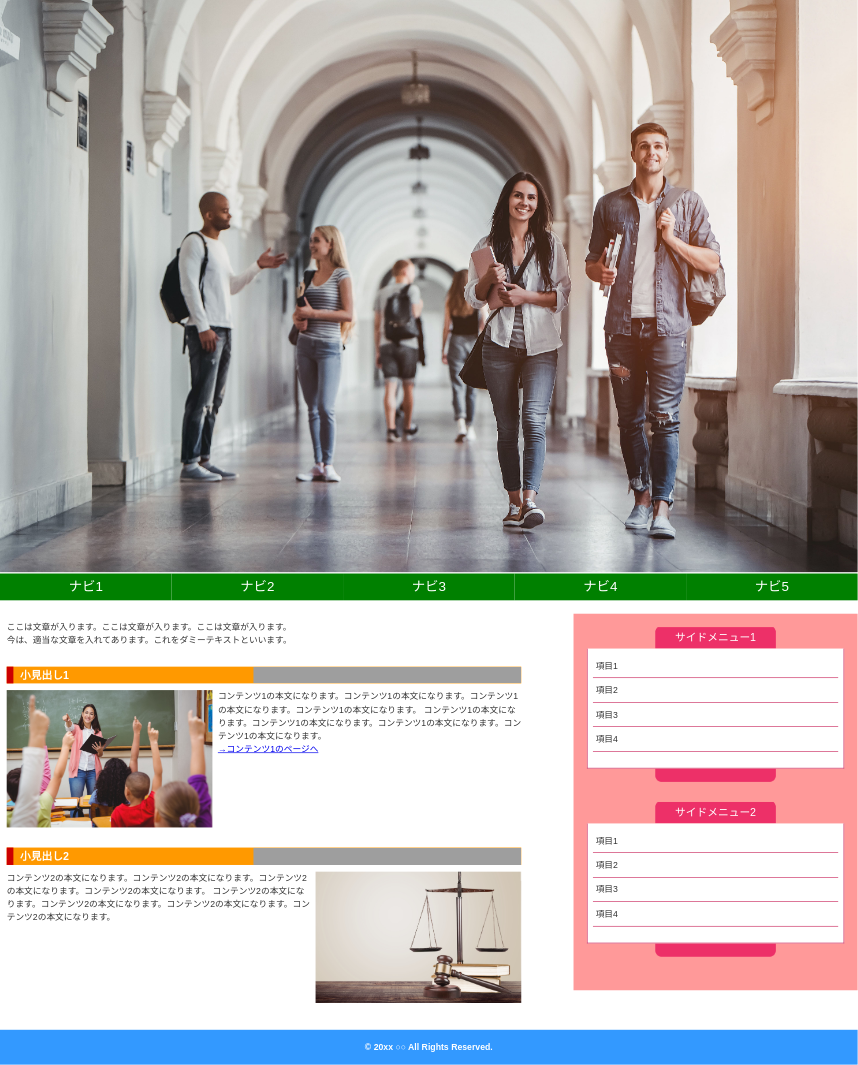
Repository: yuya-kond/samurai_HTML-CSS
Page: home.html
The author's editor kept a record of every edit. The page is drawn from the files as they stood at one moment, then again after the next edit.
The browser window is 1280 px wide. The pictures show the whole page, at 67% of full size.
Pictures or frames that could not be fetched are drawn as grey boxes.

Above is the page before.

After the next edit:
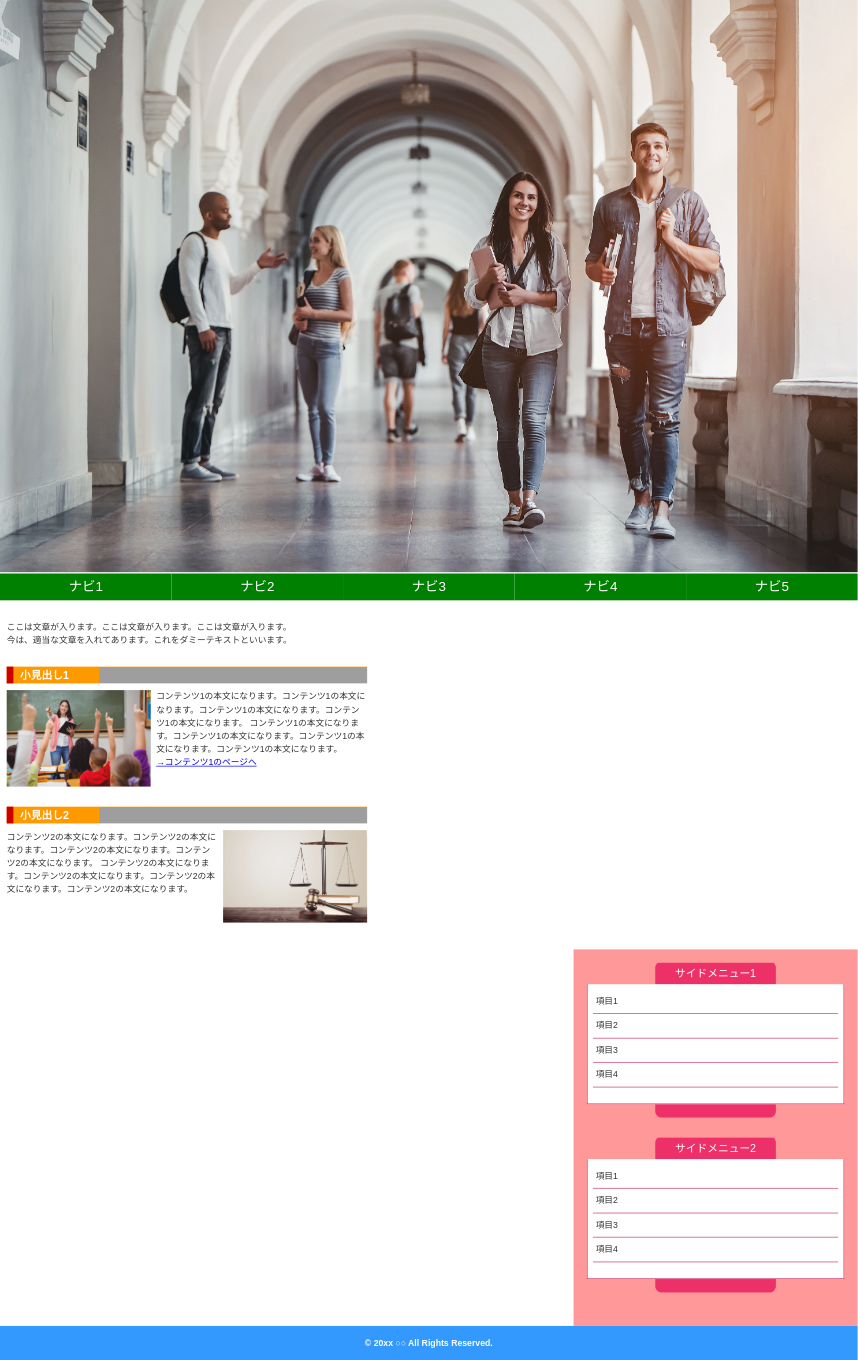
The edit:
--- a/stylesheet.css
+++ b/stylesheet.css
@@ -79,7 +79,8 @@
 	padding: auto;
 	padding-top: 20px;
 	clear: both;
-	grid-template-columns: ;
+	display: grid;
+	grid-template-columns: 70vw 30vw;
 }
 /* -------------------- main -------------------- */
 #main {
